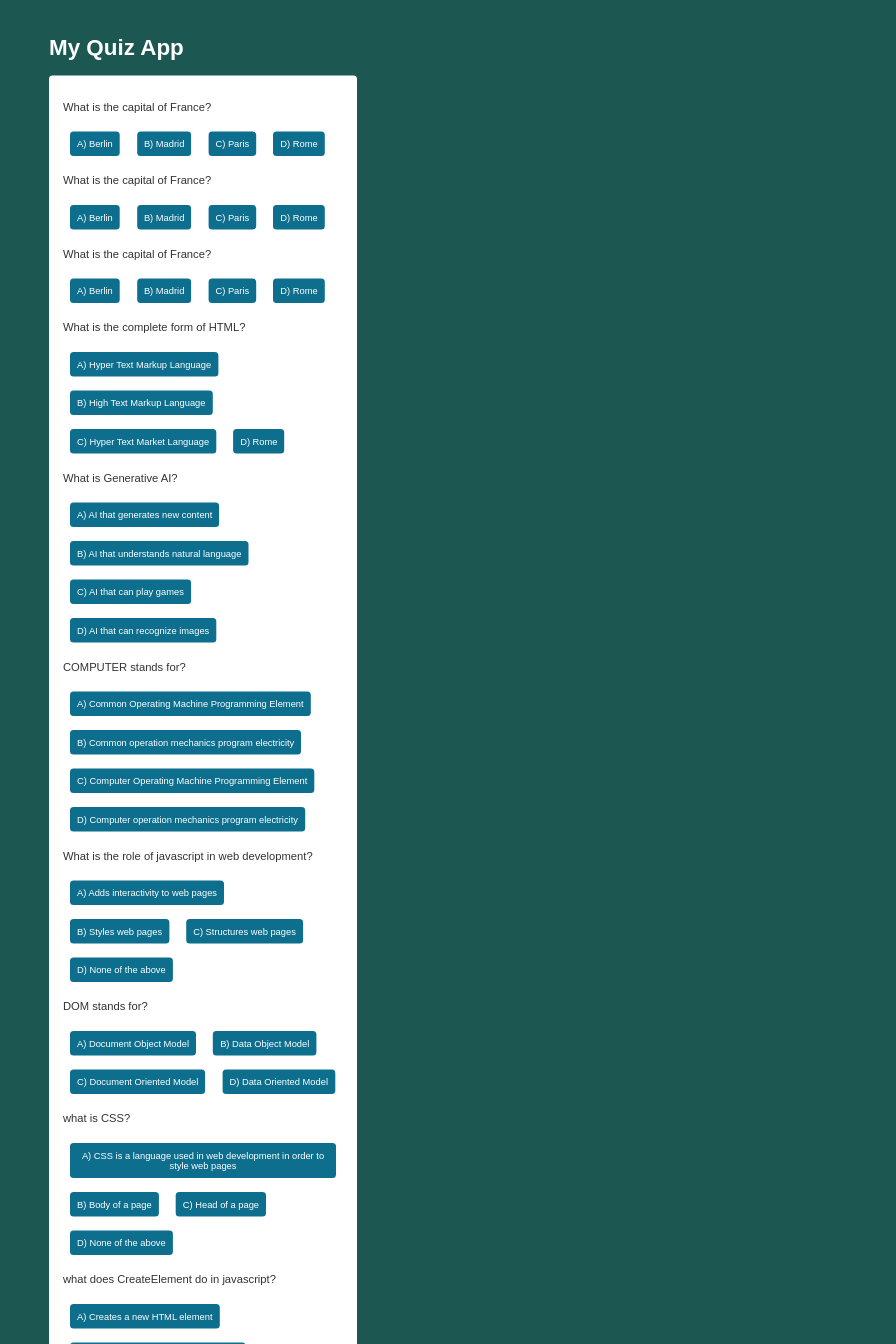
Repository: fatimaqueen9967-eng/SyntacexhubQuizApp
Page: index.html
An editor plug-in stored every save of this project. The page is shown before and after a run of saves, followed by the edit.
The browser window is 1280 px wide. The pictures show the part of the page from y = 0 to 1920 px (the page is 2891 px tall), at 70% of full size.

Above is the page before, as saved 2026-03-15 06:25:02.

### index.html
<!DOCTYPE html>
<html lang="en">
<head>
    <meta charset="UTF-8">
    <meta name="viewport" content="width=device-width, initial-scale=1.0">
    <title>QUIZ APP</title>
    <link rel="stylesheet" href="style.css">
</head>
<body>
    <h1>My Quiz App</h1>
    <div class="box">
        <div class="question">
            <p>What is the capital of France?</p>
        </div>
        <div class="options">
            <button>A) Berlin</button>
            <button>B) Madrid</button>
            <button>C) Paris</button>
            <button>D) Rome</button>
        </div>
        <div class="question">
            <p>What is the capital of France?</p>
        </div>
        <div class="options">
            <button>A) Berlin</button>
            <button>B) Madrid</button>
            <button>C) Paris</button>
            <button>D) Rome</button>
        </div>
        <div class="question">
            <p>What is the capital of France?</p>
        </div>
        <div class="options">
            <button>A) Berlin</button>
            <button>B) Madrid</button>
            <button>C) Paris</button>
            <button>D) Rome</button>
        </div>
        <div class="question">
            <p>What is the complete form of HTML?</p>
        </div>
        <div class="options">
            <button>A) Hyper Text Markup Language</button>
            <button>B) High Text Markup Language</button>
            <button>C) Hyper Text Market Language</button>
            <button>D) Rome</button>
        </div>
        <div class="question">
            <p>What is Generative AI?</p>
        </div>
        <div class="options">
            <button>A) AI that generates new content</button>
            <button>B) AI that understands natural language</button>
            <button>C) AI that can play games</button>
            <button>D) AI that can recognize images</button>
        </div>
        <div class="question">
            <p>COMPUTER stands for?</p>
        </div>
        <div class="options">
            <button>A) Common Operating Machine Programming Element</button>
            <button>B) Common operation mechanics program electricity</button>
            <button>C) Computer Operating Machine Programming Element</button>
            <button>D) Computer operation mechanics program electricity</button>
        </div>
        <div class="question">
        <p>What is the role of javascript in web development?</p>
    </div>
    <div class="options">
        <button>A) Adds interactivity to web pages</button>
        <button>B) Styles web pages</button>
        <button>C) Structures web pages</button>
        <button>D) None of the above</button>
    </div>
        <div class="question">
        <p>DOM stands for?</p>
    </div>
    <div class="options">
        <button>A) Document Object Model</button>
        <button>B) Data Object Model</button>
        <button>C) Document Oriented Model</button>
        <button>D) Data Oriented Model</button>
    </div>
        <div class="question">
        <p>what is CSS?</p>
    </div>
    <div class="options">
        <button>A) CSS is a language used in web development in order to style web pages</button>
        <button>B) Body of a page</button>
        <button>C) Head of a page</button>
        <button>D) None of the above</button>
    </div>
        <div class="question">
        <p>what does CreateElement do in javascript?</p>
    </div>
    <div class="options">
        <button>A) Creates a new HTML element</button>
        <button>B) Removes an existing HTML element</button>
        <button>C) Modifies an existing HTML element</button>
        <button>D) None of the above</button>
    </div>
        <div class="question">
        <p>what is the use of addEventListener in javascript?</p>
    </div>
    <div class="options">
        <button>A) Adds an event listener to an HTML element</button>
        <button>B) Removes an event listener from an HTML element</button>
        <button>C) Modifies an event listener on an HTML element</button>
        <button>D) None of the above</button>
    </div>

        <div class="question">
        <p>Who is the founder of Microsoft?</p>
    </div>
    <div class="options">
        <button>A) Steve Jobs</button>
        <button>B) Bill Gates</button>
        <button>C) Mark Zuckerberg</button>
        <button>D) Elon Musk</button>
    </div>
        <div class="question">
        <p>What is Bootstrap?</p>
    </div>
    <div class="options">
        <button>A) A CSS framework</button>
        <button>B) A JavaScript library</button>
        <button>C) A front-end framework</button>
        <button>D) A back-end framework</button>
    </div>
        <div class="question">
        <p>what is the full form of CSS?</p>
    </div>
    <div class="options">
        <button>A) Cascading Style Sheets</button>
        <button>B) Computer Style Sheets</button>
        <button>C) Creative Style Sheets</button>
        <button>D) Colorful Style Sheets</button>
    </div>
    </div>


</body>
</html>

### style.css
body{
    background-color: #1c5752;
    font-family: Arial, sans-serif;
    margin-left: 50px;
    padding: 20px;
    color: #fff;
    justify-content: center;
    align-items: center;
}
h1 {
    align-items: center;
    /* color: #333; */
}
.box{
    /* height: 700px; */
    /* display: flex; */

    background-color: #fff;
    color: #333;
    padding: 20px;
    border-radius: 5px;
    margin-bottom: 20px;
    width: 400px;
    overflow-wrap: anywhere;
}
button {
    background-color: #0d6f8d;
    color: white;
    padding: 10px;
    margin: 10px;
    border: none;
    border-radius: 5px;
    cursor: pointer;
}

After the next 2 saves:
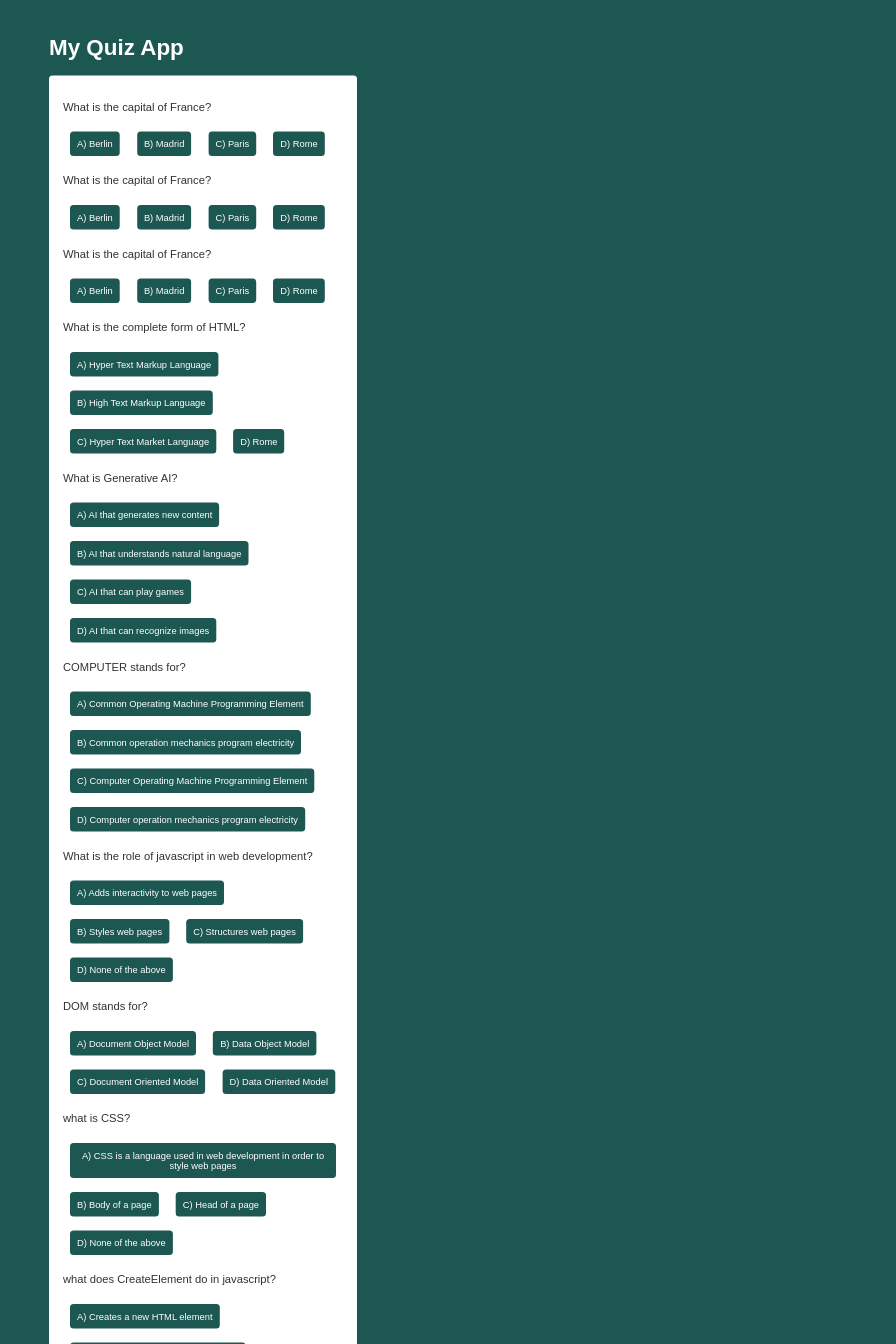
The 2 saves are shown as one change because they came seconds apart.
The last was saved 4 min 59 s later.
--- a/style.css
+++ b/style.css
@@ -24,7 +24,7 @@ h1 {
     overflow-wrap: anywhere;
 }
 button {
-    background-color: #0d6f8d;
+    background-color: #1c5752;
     color: white;
     padding: 10px;
     margin: 10px;
